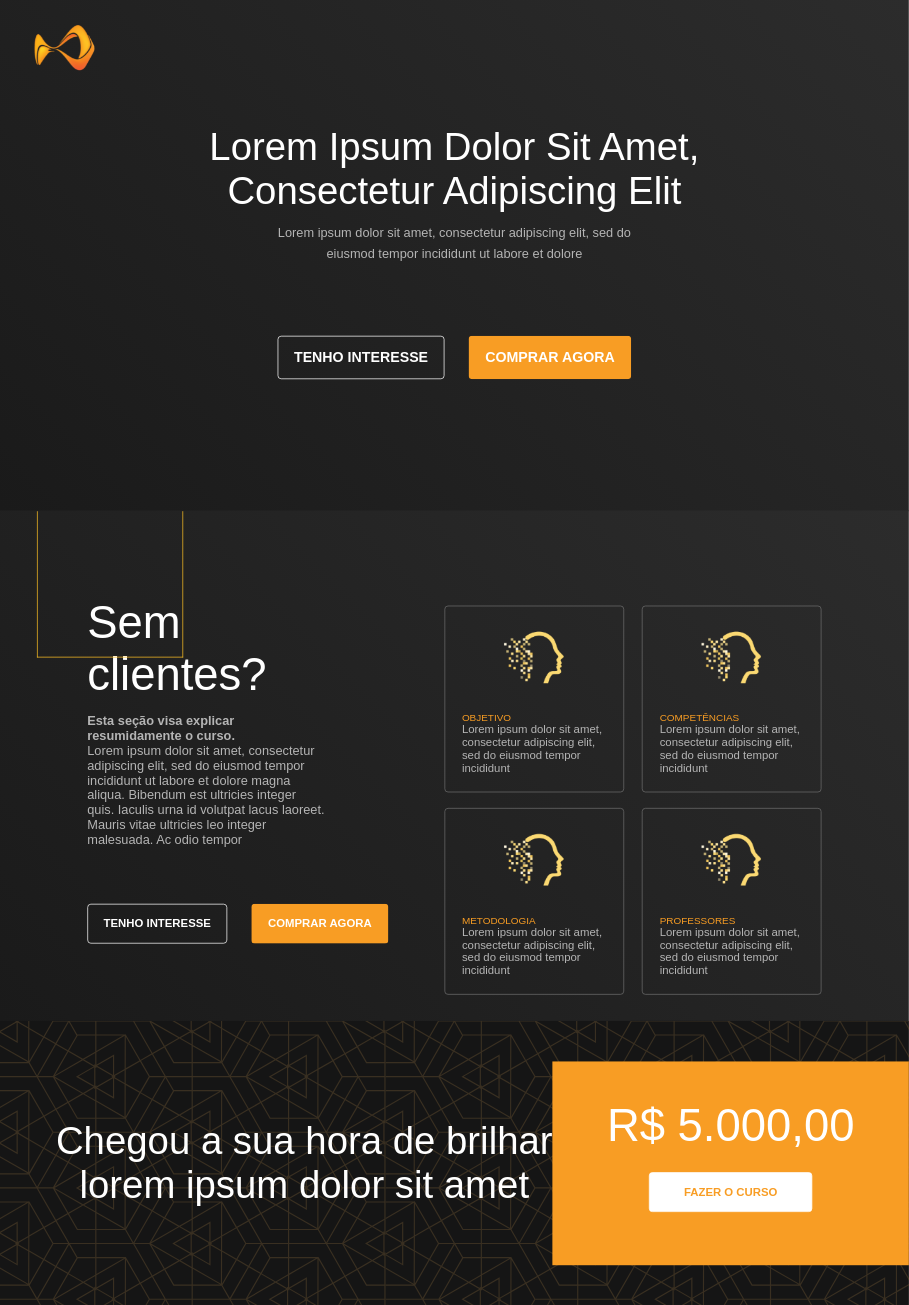
Repository: Rafael-Araujo-dev/Treinamento-Raccoon
Page: Projeto-2/index.html
The author's editor kept a copy of each file at every save. The page is drawn from the files as they stood at one save, then again after a run of saves.
The browser window is 1280 px wide. The pictures show the whole page, at 71% of full size.
Some web fonts or font styles are not loaded; a fallback is used.

Above is the page before, as saved 2021-09-23 11:26:09.

### Projeto-2/index.html
<!DOCTYPE html>
<html>
    <head>
        <title></title>
        <meta charset="utf-8"/>
        <meta name="viewport" content="width=device-width,initial-scale=1.0,maximum-scale=1.0">
        <link rel="preconnect" href="https://fonts.googleapis.com">
        <link rel="preconnect" href="https://fonts.gstatic.com" crossorigin>
        <link href="https://fonts.googleapis.com/css2?family=Yantramanav:wght@300;400;700&display=swap" rel="stylesheet">
        <link rel="stylesheet" href="css/style.css"/>
    </head>
    <body>
        <section class="hero-section">
            <div class="hero-header">
                <img class="logo" src="images/LOGOSYNAPSE_simbolo_laranja.png"/>
            </div>
            <div class="hero-container">
                <div class="hero-title">
                    Lorem ipsum dolor sit amet,<br>
                    consectetur adipiscing elit
                </div>
                <div class="hero-text">
                    Lorem ipsum dolor sit amet, consectetur adipiscing elit, sed do eiusmod tempor incididunt ut labore et dolore
                </div>
            </div>
            <div class="hero-btn-group">
                <button class="btn secondary">
                    Tenho interesse
                </button>
                <button class="btn primary">
                    Comprar agora
                </button>
            </div>
        </section>

        <section class="course-summary">
            <div class="container">
                <div class="col m">
                    <span class="rectangule"></span>
                    <span class="title">
                        Sem<br>clientes?
                    </span>
                    <div class="text">
                        <strong>Esta seção visa explicar resumidamente o curso.</strong>
                        <br>
                        Lorem ipsum dolor sit amet, consectetur adipiscing elit, sed do eiusmod tempor incididunt ut labore et dolore magna aliqua. Bibendum est ultricies integer quis. Iaculis urna id volutpat lacus laoreet. Mauris vitae ultricies leo integer malesuada. Ac odio tempor
                    </div>
                    <div class="btn-group">
                        <button class="btn secondary">
                            Tenho interesse
                        </button>
                        <button class="btn primary">
                            Comprar agora
                        </button>
                    </div>
                </div>
                <div class="col l">
                    <div class="card-container">
                        <div class="card-item">
                            <div class="container">
                                <div class="card-image">
                                    <img src="./images/Oratória Digital Logo-1.png"/>
                                </div>
                                <div class="card-description">
                                    <div class="card-title">
                                        Objetivo
                                    </div>
                                    <div class="card-text">
                                        Lorem ipsum dolor sit amet, consectetur adipiscing elit, sed do eiusmod tempor incididunt
                                    </div>
                                </div>
                            </div>
                        </div>
                        <div class="card-item">
                            <div class="container">
                                <div class="card-image">
                                    <img src="./images/Oratória Digital Logo-1.png"/>
                                </div>
                                <div class="card-description">
                                    <div class="card-title">
                                        Competências
                                    </div>
                                    <div class="card-text">
                                        Lorem ipsum dolor sit amet, consectetur adipiscing elit, sed do eiusmod tempor incididunt
                                    </div>
                                </div>
                            </div>
                        </div>
                        <div class="card-item">
                            <div class="container">
                                <div class="card-image">
                                    <img src="./images/Oratória Digital Logo-1.png"/>
                                </div>
                                <div class="card-description">
                                    <div class="card-title">
                                        Metodologia
                                    </div>
                                    <div class="card-text">
                                        Lorem ipsum dolor sit amet, consectetur adipiscing elit, sed do eiusmod tempor incididunt
                                    </div>
                                </div>
                            </div>
                        </div>
                        <div class="card-item">
                            <div class="container">
                                <div class="card-image">
                                    <img src="./images/Oratória Digital Logo-1.png"/>
                                </div>
                                <div class="card-description">
                                    <div class="card-title">
                                        Professores
                                    </div>
                                    <div class="card-text">
                                        Lorem ipsum dolor sit amet, consectetur adipiscing elit, sed do eiusmod tempor incididunt
                                    </div>
                                </div>
                            </div>
                        </div>
                    </div>
                </div>
                <center>
                    <div class="btn-group mobile">
                        <button class="btn secondary">
                            Tenho interesse
                        </button>
                        <button class="btn primary">
                            Comprar agora
                        </button>
                    </div>
                </center>
            </div>
        </section>

        <section class="take-course">
            <div class="container">
                <div class="text">
                    Chegou a sua hora de brilhar <br>lorem ipsum dolor sit amet
                </div>
                <div class="card">
                    <div class="text">
                        R$ 5.000,00
                    </div>
                    <button class="btn white">
                        Fazer o curso
                    </button>
                </div>
            </div>
        </section>

    </body>
</html>

### Projeto-2/css/style.css
* {
    margin: 0;
    padding: 0;
    box-sizing: border-box;
    font-family: 'Yantramanav', sans-serif;
}

.btn {
    font-size: 20px;
    text-transform: uppercase;
    padding: 18px 22px;
    margin: 0px 15px 24px 15px;
    font-weight: bold;
}

@media (max-width: 890px) {
    .btn {
        font-size: 20px;
    }
}

@media (max-width: 645px) {
    .btn {
        font-size: 17px;
    }
}

@media (max-width: 500px) {
    .btn {
        font-size: 16px;
    }
}

.btn.primary {
    background-color: #F89D24;
    border: 1px solid transparent;
    border-radius: 5px;
    color: #FFF;
}

.btn.secondary {
    background-color: transparent;
    border: 1px solid #FFF;
    border-radius: 5px;
    color: #FFF;
}

.btn.white {
    background-color: #FFFFFF;
    border: 1px solid #FFF;
    border-radius: 5px;
    color: #000;
}

.hero-section {
    background: rgb(26,26,26);
    background: linear-gradient(45deg, rgba(26,26,26,1) 0%, rgba(44,44,44,1) 100%);
    min-height: 100vh;
    display: flex;
    flex-direction: column;
    justify-content: space-around;
}

.hero-header .logo {
    margin-left: 3.15%;
    margin-top: 2%;
    width: 12.1%;
    max-width: 100px;
}

.hero-container {
    position: relative;
    margin: auto;
    display: flex;
    flex-direction: column;
    flex-wrap: wrap;
}

@media (max-width: 1240px) {
    .hero-container {
        width: 60%;
    }
}

@media (max-width: 1028px) {
    .hero-container {
        width: 70%;
    }
}

@media (max-width: 890px) {
    .hero-container {
        width: 80%;
    }
}

.hero-title, .hero-text {
    color: #FFFFFF;
    text-align: center;
}

.hero-title {
    font-size: 54px;
    /* margin-top: 15.5vh; */
    text-transform: capitalize;
}

@media (max-width: 890px) {
    .hero-title {
        /* margin-top: 14%; */
        font-size: 45px;
    }
}

@media (max-width: 645px) {
    .hero-title {
        /* margin-top: 8%; */
        font-size: 40.5px;
    }
}

@media (max-width: 500px) {
    .hero-title {
        /* margin-top: 0%; */
    }
}

.hero-text {
    color: #B5B5B5;
    font-size: 18px;
    width: 60%;
    margin-top: 1.8vh;
    line-height: 30px;
    align-self: center;
    margin-bottom: 35px;
}

@media (max-width: 1024px) {
    .hero-text {
        width: 80%;
    }
}

@media (max-width: 890px) {
    .hero-text {

        font-size: 15px;
        width: 50%;
    }
}

@media (max-width: 645px) {
    .hero-text {

        font-size: 13.5px;
        width: 80%;
    }
}

@media (max-width: 500px) {
    .hero-text {
        /* margin-top: 5%; */
        width: 100%;
    }
}

.hero-btn-group {
    margin-bottom: 22.5vh;
    text-align: center;
}

.course-summary {
    background: rgb(26,26,26);
    background: linear-gradient(45deg, rgba(26,26,26,1) 0%, rgba(44,44,44,1) 100%);
    min-height: 100vh;
    padding-top: 18.6vh;
    margin-top: -1px;
}

@media (max-width: 450px) {
    .course-summary {
        padding-top: 6.5vh;
    }
}

.course-summary .container {
    position: relative;
    margin: auto;
    display: flex;
    justify-content:center;
    flex-wrap: wrap;
}

.course-summary .col {
    display: flex;
}

.course-summary .col.m {
    display: flex;
    flex-direction: column;
}

.course-summary .col.l {
    margin-left: 5vw;
}

.course-summary .col .rectangule {
    position: absolute;
    margin-top: -18.5vh;
    margin-left: -5.5vw;
    border: 1px solid #FEC024;
    border-top: none;
    width: 206px;
    height: 206px;
}

.course-summary .col .title {
    font-size: 64px;
    color: #FFFFFF;
    margin-top: -2vh;
}

@media (max-width: 450px) {
    .course-summary .col .rectangule {
        margin-top: -6.5vh;
        margin-left: 3.8vw;
        width: 110px;
        height: 110px;
    }

    .course-summary .col .title {
        font-size: 48px;
        margin-left: 24px;
        margin-top: 1vh;
    }
}

.course-summary .col .text {
    font-size: 18px;
    color: #B5B5B5;
    font-weight: 300;
    max-width: 337px;
    margin-top: 2.6vh;
}

@media (max-width: 450px) {
    .course-summary .col .text {
        font-size: 13.5px;
        max-width: 85%;
        line-height: 25px;
        align-self: center;
    }
}

.course-summary .col .btn-group {
    margin-top: 11vh;
    margin-left: -15px;
}

.course-summary .btn-group.mobile {
    display: none;
    margin-top: 36px;
}

@media (max-width: 450px) {
    .course-summary .col .btn-group {
        display: none;
    }

    .course-summary .btn-group.mobile {
        display: inherit;
    }
}

.course-summary .col .btn-group .btn {
    font-size: 16px;
}

.course-summary .card-container {
    display: grid;
    grid-template-columns: repeat(2, 1fr);
    grid-template-rows: repeat(2, 1fr);
    grid-column-gap: 2vw;
    grid-row-gap: 3vh;
}

@media(max-width: 650px) {
    .course-summary .card-container {
        grid-template-columns: repeat(1, 1fr);
        grid-template-rows: repeat(1, 1fr);
        margin-left: -25px;
    }
}

@media(max-width: 450px) {
    .course-summary .card-container {
        margin-top: 50px;
    }
}

@media(max-width: 300px) {
    .course-summary .card-container {
        margin-left: -10px;
    }
}

.course-summary .card-item {
    border: 1px solid #6E6E6E;
    border-radius: 5px;
    max-width: 253px;
}

.course-summary .card-item .container {
    text-align: center;
    margin: 24px;
    padding: 0;
}

.course-summary .card-item .card-description {
    text-align: left;
}

.course-summary .card-item .card-title {
    font-size: 14px;
    color: #F89D24;
    text-transform: uppercase;
    margin-top: 3.5vh;
}

.course-summary .card-item .card-text {
    font-size: 16px;
    color: #B5B5B5;
}

.take-course {
    background-color: #191919;
    background-image: url('../images/Grupo\ 34.svg');
    height: 400px;
    margin-top: -1px;
}

.take-course .container{
    background-color: rgba(20,20,20,0.7);
}

.take-course .container {
    padding: 1vh 2vw;
    height: 100%;
    display: flex;
    flex-direction: row;
    justify-content: end;
    align-items: center;
    padding-right: 0;
}

.take-course .container .text {
    font-size: 54px;
    color: #FFFFFF;
    text-align: center;
    justify-self: right;
}

.take-course .container .card {
    display: flex;
    flex-direction: column;
    align-items: center;
    background-color:#F89D24;
    width: 40%;
    padding-top: 53px;
    padding-bottom: 75px;
}

.take-course .container .card .btn {
    margin: 0;
    margin-top: 29px;
    padding-left: 48px;
    padding-right: 48px;
    font-size: 16px;
    color: #F89D24;
}

.take-course .container .card .text {
    font-weight: normal;
    font-size: 64px;
}

After the next 3 saves:
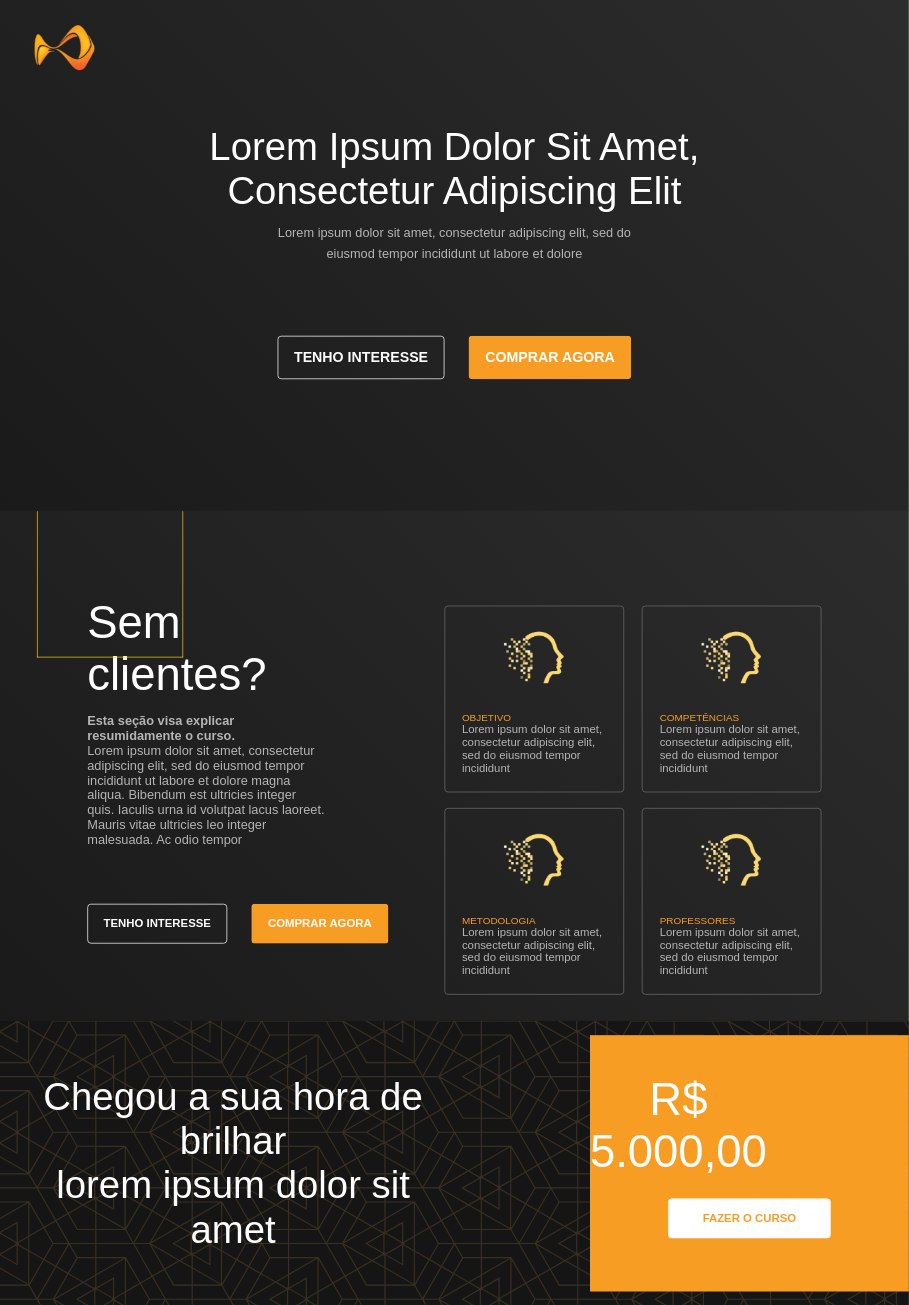
The 3 saves are shown as one change because they came seconds apart.
The last was saved 7 s later.
--- a/Projeto-2/css/style.css
+++ b/Projeto-2/css/style.css
@@ -357,7 +357,8 @@
     font-size: 54px;
     color: #FFFFFF;
     text-align: center;
-    justify-self: right;
+    justify-self: left;
+    margin-right: 200px;
 }
 
 .take-course .container .card {
